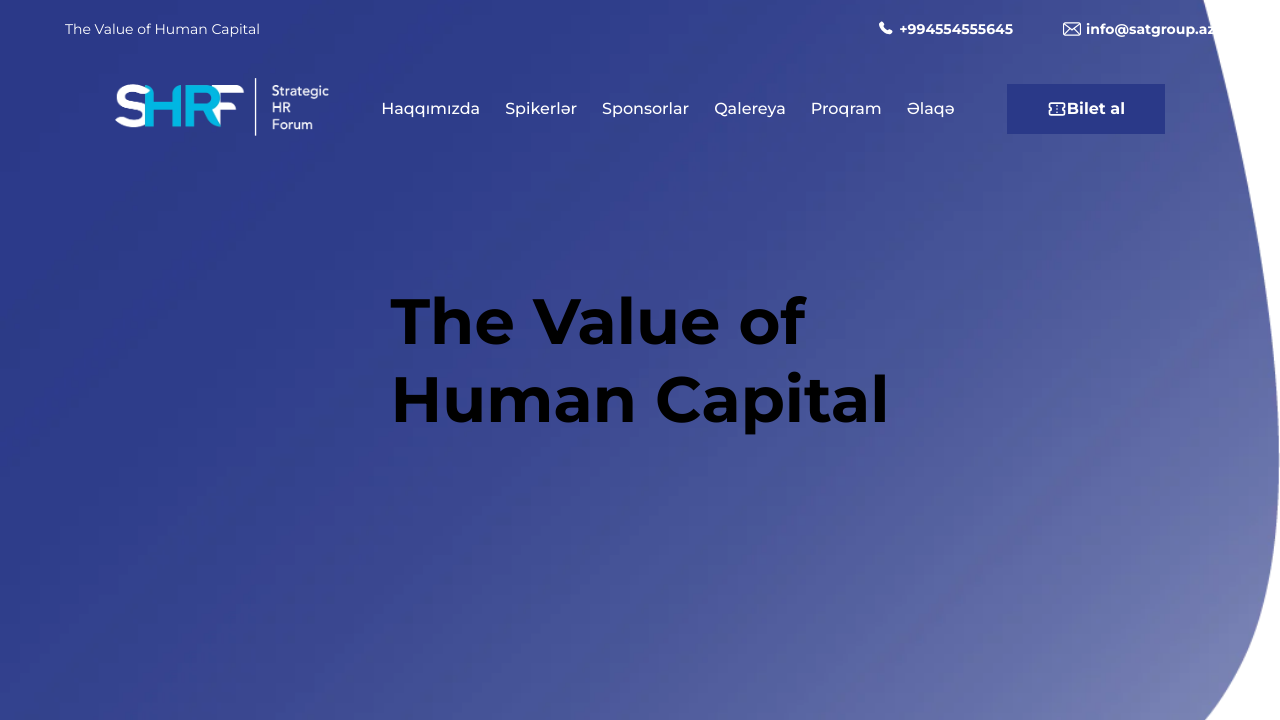
Repository: allahverdiyevabdulhasan/shrf
Page: /
An editor plug-in stored every save of this project. The page is shown before and after the next save, followed by the edit.
The browser window is 1280 px wide. The pictures show the whole page.
The project was rebuilt for these pictures with package versions that can differ from the ones it lists, and the page was loaded fresh each time. Also part of the build but not shown: vite.config.js, src/App.css.

Above is the page before, as saved 2024-08-16 10:14:40.

After the next save:
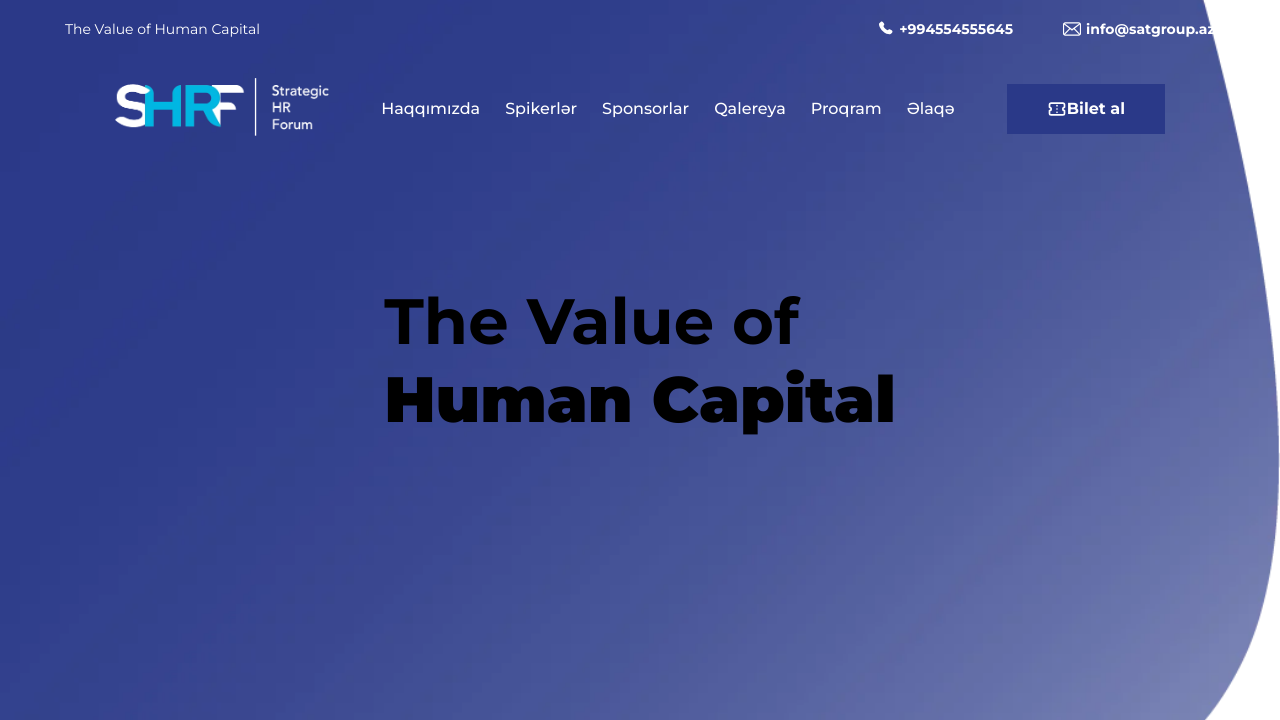
Saved 70 s later.
--- a/src/components/Intro/style.module.css
+++ b/src/components/Intro/style.module.css
@@ -7,5 +7,8 @@
 
     & h1{
         font-size: clamp(45px, 5vw, 100px);
+        & span{
+            font-weight: 900;
+        }
     }
 }
